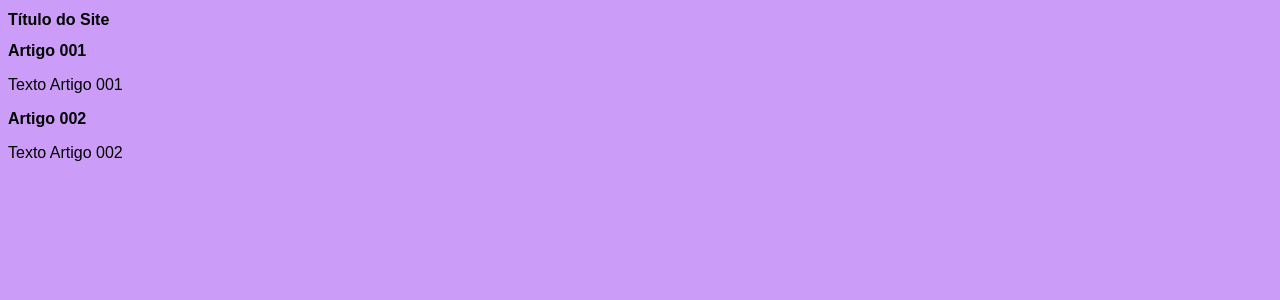
Repository: AnthonyLuanSantos/projeto-site
Page: index.html
An editor plug-in stored every save of this project. The page is shown before and after a run of saves, followed by the edit.
The browser window is 1280 px wide. The pictures show the whole page.

Above is the page before, as saved 2024-08-18 20:45:15.

After the next 3 saves:
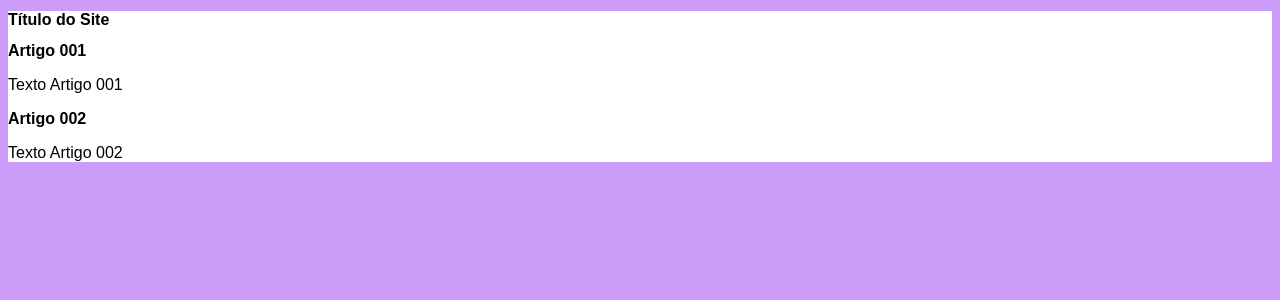
The 3 saves are shown as one change because they came seconds apart.
The last was saved 12 s later.
--- a/style.css
+++ b/style.css
@@ -6,5 +6,6 @@
     background-color: rgb(204,157,248);
 }
 main{
-    background-color
+    background-color: white;
+
 }
